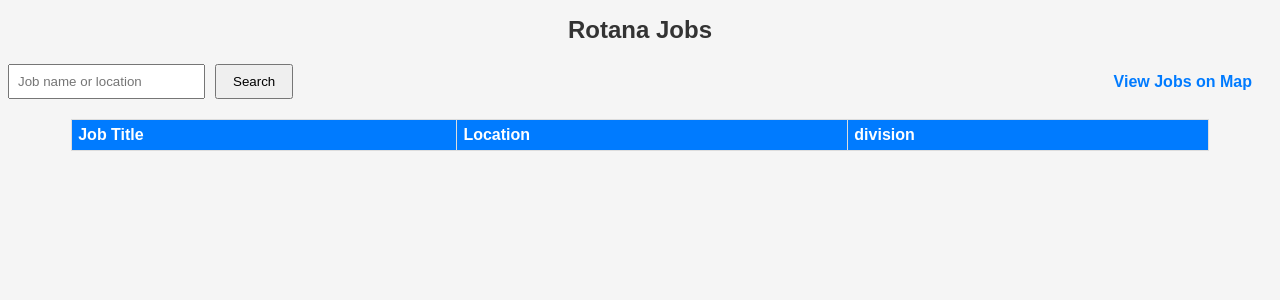
Repository: Reham28/RotanaJobs
Page: public/index.html
These files come from the project's save history. The page is drawn as it stood at one moment and after a run of saves; the edit follows.
The browser window is 1280 px wide. The pictures show the whole page.
The page's requests for data from a server got no answer.

Above is the page before, as saved 2023-09-16 23:35:04.

### public/index.html
<!DOCTYPE html>
<html lang="en">
<head>
  <meta charset="UTF-8">
  <meta name="viewport" content="width=device-width, initial-scale=1.0">
  <title>Rotana Jobs and location</title>
  <link rel="stylesheet" href="style.css">
</head>
<body>
  <h1>Rotana Jobs  </h1>
  <div class="top-bar">
    <div class="search">
      <input type="text" id="searchInput" placeholder="Job name or location ">
      <button onclick="searchJobs()">Search</button>
    </div>

    <div class="nav-link">
      <a href="map.html">View Jobs on Map</a>
    </div>
  </div>


  <table id="jobTable">
    <thead>
      <tr>
        <th>Job Title</th>
        <th>Location</th>
        <th>division</th>
      </tr>
    </thead>
    <tbody></tbody>
  </table>

  <script src="app.js"></script>
</body>
</html>

### public/style.css
body {
    font-family: Arial, sans-serif;
  }

  h1 {
    text-align: center;
  }

  table {
    border-collapse: collapse;
    width: 50%;
    margin: 0 auto;
  }

  th, td {
    border: 1px solid #ddd;
    padding: 8px;
    text-align: left;
  }

  tr:nth-child(even) {
    background-color: #f2f2f2;
  }

  #map {
    height: 500px;
    width: 80%;
    margin: 0 auto;
  }

  body {
    font-family: Arial, sans-serif;
    background-color: #f5f5f5;
  }

  .container {
    background-color: #fff;
    border-radius: 10px;
    box-shadow: 0 0 20px rgba(0, 0, 0, 0.1);
    padding: 10px;
    max-width: 800px;
    margin: 10px auto;
  }

  h1 {
    text-align: center;
    font-size: 24px;
    color: #333;
  }

  table {
    width: 90%;
    border-collapse: collapse;
    margin-top: 20px;
    background-color: #f9f9f9;
    border-radius: 8px;
  }

  th, td {
    padding: 6px 6px;
    text-align: left;
  }

  th {
    background-color: #007bff;
    color: #fff;
  }

  tr:nth-child(even) {
    background-color: #f3f0f0;
  }

  tr:hover {
    background-color: #ddd;
  }
  /**/
  .top-bar {
    display: flex;
    justify-content: flex-end; /* Aligns items to the right */
    align-items: center;
    margin-top: 20px;
    margin-right: 20px;
  }

  .nav-link {
    margin-left: auto; /* Pushes the link to the right */
  }

  .nav-link a {
    text-decoration: none;
    font-weight: bold;
    font-size: 16px;
    color: #007bff;
  }

  .nav-link a:hover {
    color: #0056b3;
  }



  .search {
    display: flex;
    align-items: center;
  }

  .search input {
    padding: 8px;
    margin-right: 10px;
  }

  .search button {
    padding: 8px 16px;
  }

### public/app.js
document.addEventListener('DOMContentLoaded', () => {
    const jobTable = document.getElementById('jobTable').getElementsByTagName('tbody')[0];

    fetch('/jobs')
      .then(response => response.json())
      .then(data => {
        data.forEach(job => {
          const row = jobTable.insertRow();
          const titleCell = row.insertCell(0);
          const locationCell = row.insertCell(1);
          //const divisionCell = row.insertCell(2);

          titleCell.innerText = job.title;
          locationCell.innerText = job.location;
         // divisionCell.innerText=job.division;
          //console.log( job.title , job.location,job.division)
        });
      })
      .catch(error => console.error('Error:', error));
  });
  function searchJobs() {
    const searchValue = document.getElementById('searchInput').value.toLowerCase();
    const jobTable = document.getElementById('jobTable').getElementsByTagName('tbody')[0];
    const rows = jobTable.getElementsByTagName('tr');

    for (let i = 0; i < rows.length; i++) {
      const title = rows[i].getElementsByTagName('td')[0].innerText.toLowerCase();
      const location = rows[i].getElementsByTagName('td')[1].innerText.toLowerCase();

      if (title.includes(searchValue) || location.includes(searchValue)) {
        rows[i].style.display = '';
      } else {
        rows[i].style.display = 'none';
      }
    }
  }

After the next 2 saves:
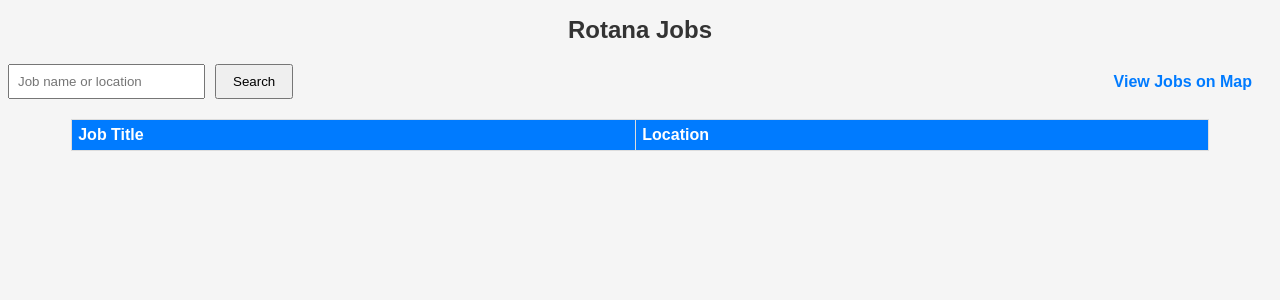
The 2 saves are shown as one change because they came seconds apart.
The last was saved 23 s later.
--- a/public/index.html
+++ b/public/index.html
@@ -25,7 +25,7 @@
       <tr>
         <th>Job Title</th>
         <th>Location</th>
-        <th>division</th>
+       <!-- <th>division</th>-->
       </tr>
     </thead>
     <tbody></tbody>
